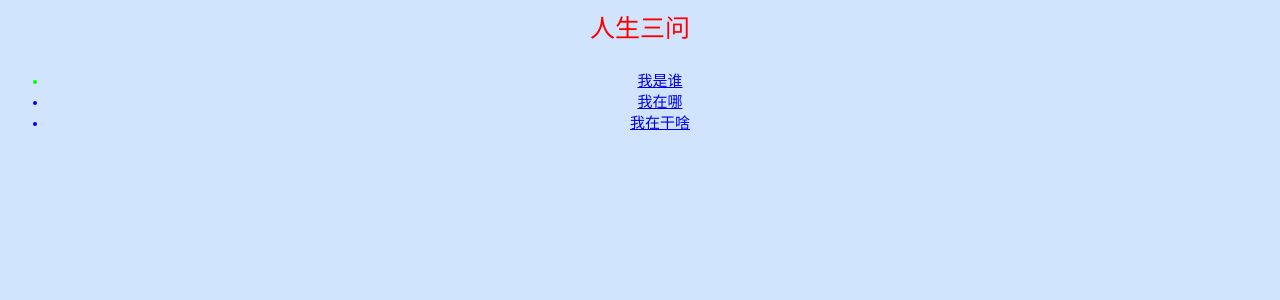
Repository: biuiuiu/springStudy
Page: http://localhost/Sad/
The author's editor kept a copy of each file at every save. The page is drawn from the files as they stood at one save, then again after the next save.
The browser window is 1280 px wide. The pictures show the whole page.
The page is served by Tomcat 9. Other server files are loaded and not shown.

Above is the page before, as saved 2017-06-14 01:52:12.

### Sad/WebContent/index.jsp
<%@ page language="java" import="java.util.*" pageEncoding="UTF-8"%>

<!DOCTYPE HTML PUBLIC "-//W3C//DTD HTML 4.01 Transitional//EN">

<html>

<head>

<title>Sad</title>

<style>
	body{
		 background-color:#d0e4fe;
		 text-align:center;
	}
	p{
		color:#ff0000;
		font-size:25px;
	}
	ul{
		font-size:15px
	}
	li.first{
		color:#00ff00;
	}
	li.second{
		color:#0000ff;
	}
</style>
</head>

<body>
	<p>人生三问</p>
	<ul>
		<li class = "first"><a href = "/sad/who">我是谁</li>
		<li class = "second">我在哪</li>
		<li class = "third">我在干啥</li>
	</ul>

</body>

</html>

After the next save:
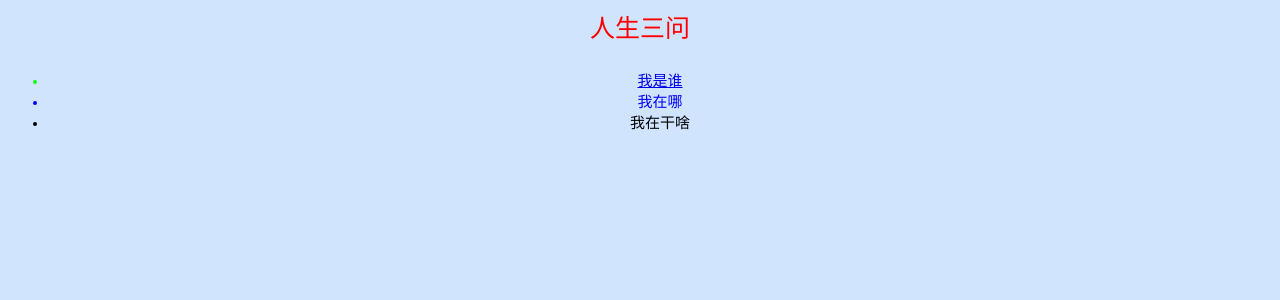
Saved 8 s later.
--- a/Sad/WebContent/index.jsp
+++ b/Sad/WebContent/index.jsp
@@ -32,7 +32,7 @@
 <body>
 	<p>人生三问</p>
 	<ul>
-		<li class = "first"><a href = "/sad/who">我是谁</li>
+		<li class = "first"><a href = "/sad/who">我是谁</a></li>
 		<li class = "second">我在哪</li>
 		<li class = "third">我在干啥</li>
 	</ul>
